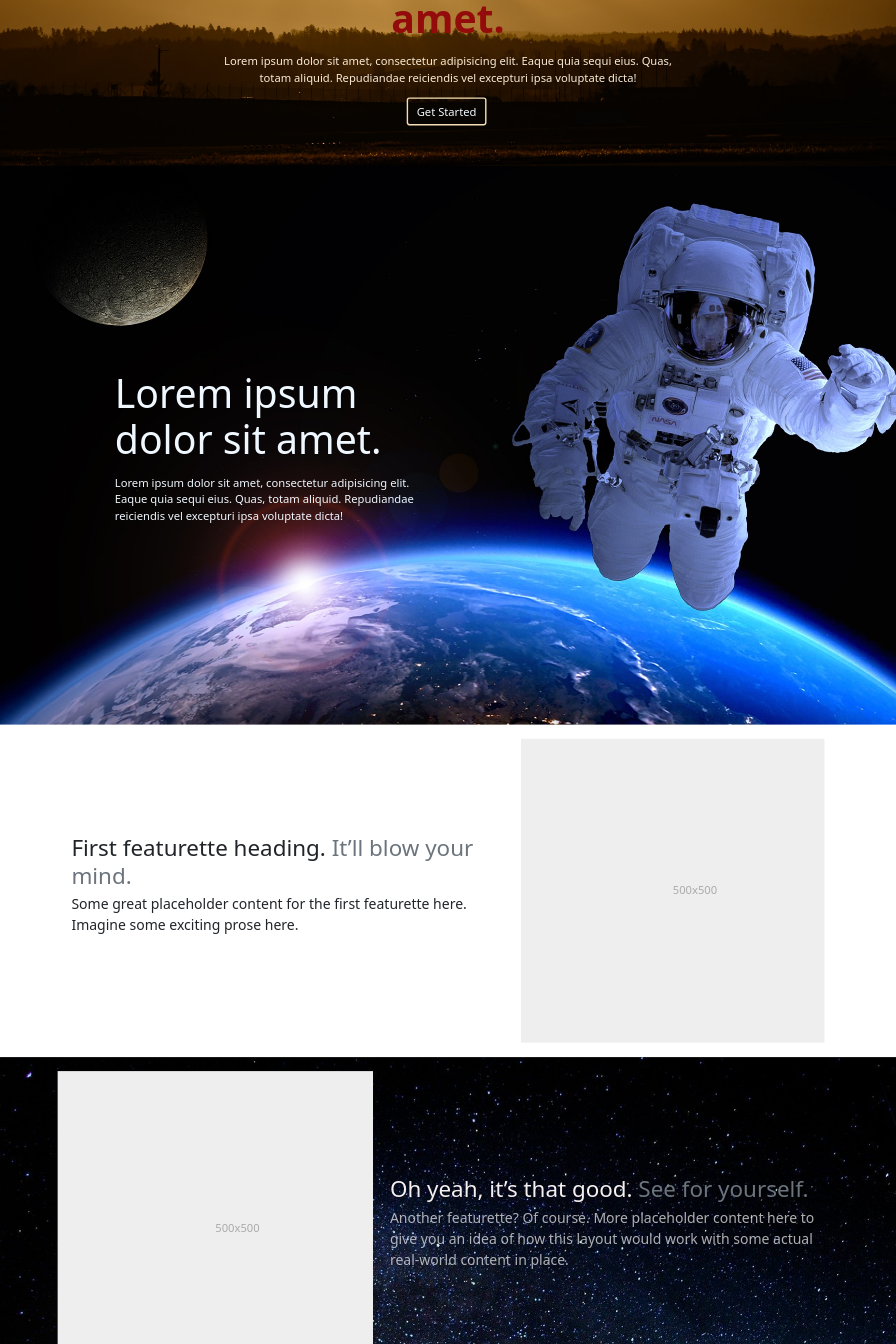
Repository: sarthakkathpalia/elliptical
Page: html/home.html
An editor plug-in stored every save of this project. The page is shown before and after the next save, followed by the edit.
The browser window is 1280 px wide. The pictures show the part of the page from y = 483 to 2403 px (the page is 4568 px tall before and 4501 px after), at 70% of full size.

Above is the page before, as saved 2021-10-28 20:32:54.
Console error: ReferenceError: emailjs is not defined

After the next save:
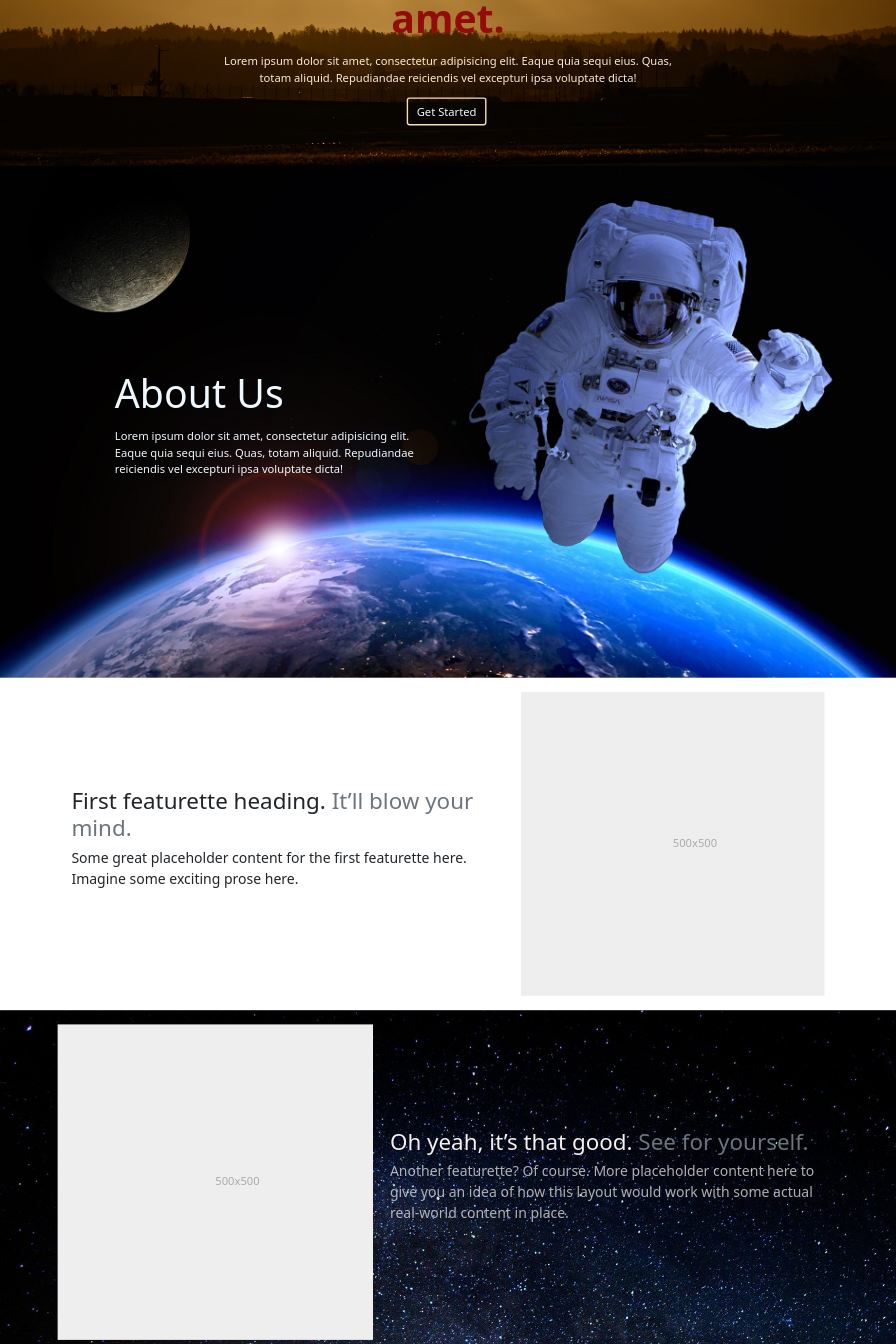
Saved 106 s later.
--- a/html/home.html
+++ b/html/home.html
@@ -76,7 +76,7 @@
   <div class=" section2 container ">
     <div class="row ">
       <div class="col-lg-6 ">
-          <h1 data-js="reveal" class="display-4 ">Lorem ipsum dolor sit amet.</h1>
+          <h1 data-js="reveal" class="display-4 ">About Us</h1>
           <p  data-js="reveal" class=" my-3">Lorem ipsum dolor sit amet, consectetur adipisicing elit. Eaque quia
               sequi eius. Quas, totam aliquid. Repudiandae reiciendis vel excepturi ipsa voluptate dicta!</p>
       </div>
